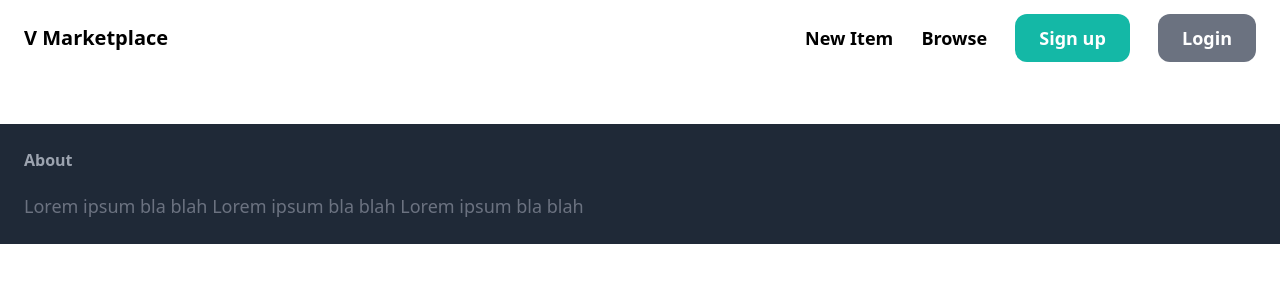
Repository: venu-369/marketplace_django
Page: marketplace/core/templates/core/base.html
An editor plug-in stored every save of this project. The page is shown before and after the next save, followed by the edit.
The browser window is 1280 px wide. The pictures show the whole page.
Some web libraries are served in a nearby version. The template is drawn by Django 4.2. The application's start-up code is not run. Other server files are loaded and not shown. The template is opened directly, without the code that normally fills it, so the values that code supplies are empty.

Above is the page before, as saved 2023-02-06 14:40:59.

### marketplace/core/templates/core/base.html
<!doctype html>


<html>
    <head>
        <meta charset="utf-8">
        <meta name= "viewport" content="width=device-width, initial-scale=1">

        <script src="https://cdn.tailwindcss.com"></script>

        <title>{% block title %}{% endblock %} | V Marketplace</title>
    </head>

    <body>
        <nav class="py-6 px-6 flex justify-between items-center boreder-b border-gray-200">
            <a href="/" class="text-xl font-semibold">V Marketplace</a>

            <div class="space-x-6">
                <a href="#" class="text-lg font-semibold hover:text-gray-500">New Item</a>
                <a href="#" class="text-lg font-semibold hover:text-gray-500">Browse</a>

                <a href="#" class="px-6 py-3 text-lg font-semibold bg-teal-500 text-white rounded-xl hover:bg-teal-600">Sign up</a>
                <a href="#" class="px-6 py-3 text-lg font-semibold bg-gray-500 text-white rounded-xl hover:bg-gray-600">Login</a>
            </div>
        </nav>
        <div class="px-6 py-6">
            {% block content %}
            {% endblock %}
        </div>
        <footer class="py-6 px-6 flex justify-between bg-gray-800">
            <div class="w-2/3 pr-10">
                <h3 class="mb-5 font-semibold text-gray-400">About</h3>
                <p class="text-lg text-gray-500">Lorem ipsum bla blah Lorem ipsum bla blah Lorem ipsum bla blah</p>
            </div>
        </footer>
    </body>
</html>

After the next save:
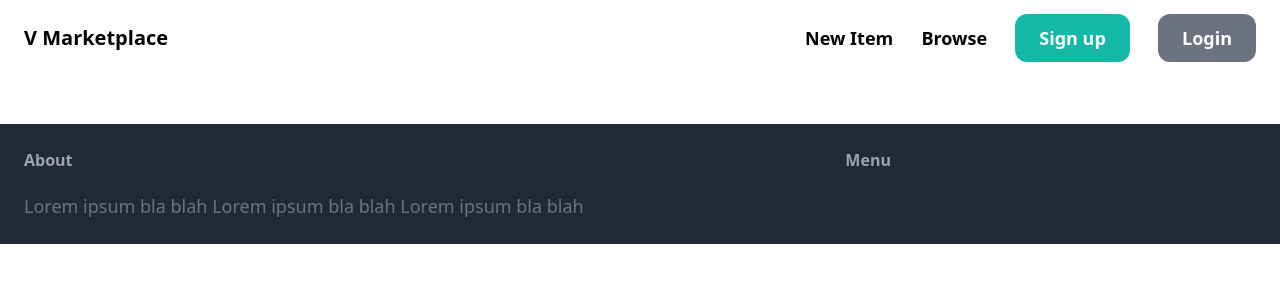
Saved 64 s later.
--- a/marketplace/core/templates/core/base.html
+++ b/marketplace/core/templates/core/base.html
@@ -32,6 +32,14 @@
                 <h3 class="mb-5 font-semibold text-gray-400">About</h3>
                 <p class="text-lg text-gray-500">Lorem ipsum bla blah Lorem ipsum bla blah Lorem ipsum bla blah</p>
             </div>
+            <div class="w-1/3 ">
+                <h3 class="mb-5 font-semibold text-gray-400">Menu</h3>
+
+                <ul class="space-y-2">
+                    <li><a href="#" class="text-lg text-teal-500 hover:text-teal-700"></a></li>
+                </ul>
+
+            </div>
         </footer>
     </body>
 </html>
